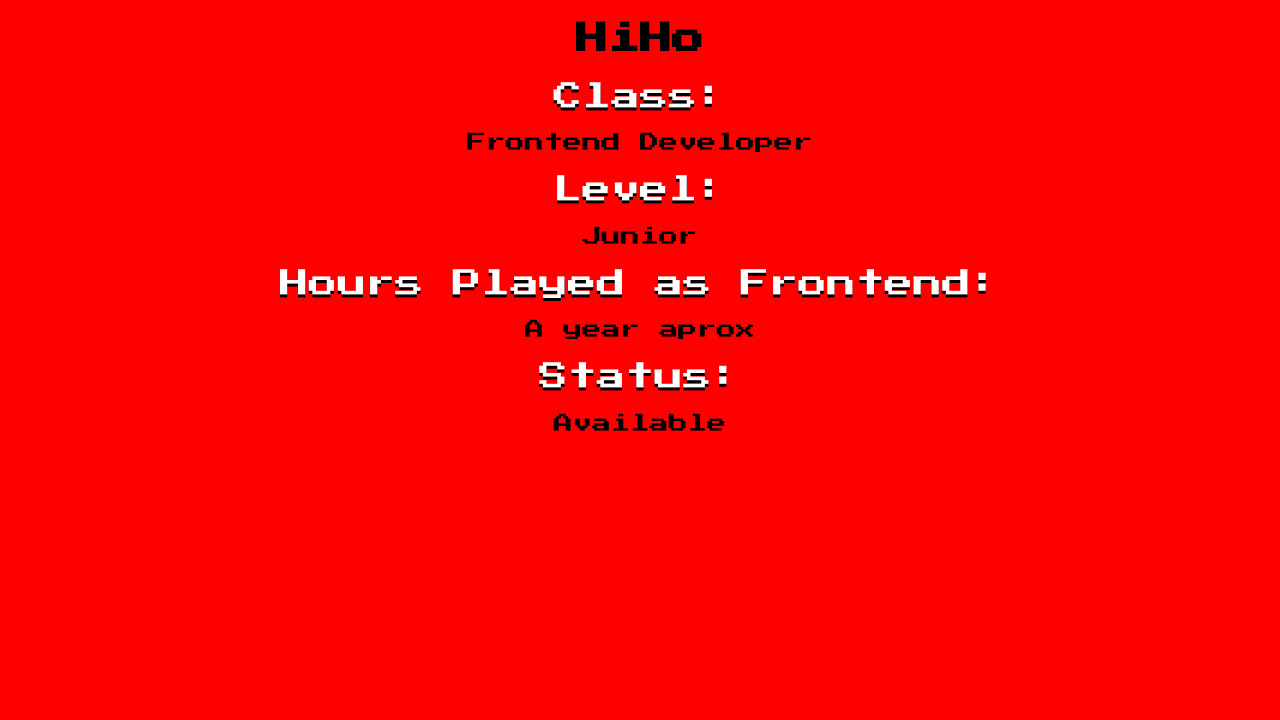
Repository: sernalab/soon
Page: index.html
The author's editor kept a copy of each file at every save. The page is drawn from the files as they stood at one save, then again after the next save.
The browser window is 1280 px wide. The pictures show the whole page.
Some web fonts or font styles are not loaded; a fallback is used.

Above is the page before, as saved 2018-12-24 01:53:39.

### index.html
<!DOCTYPE html>
<html lang="en">

<head>
    <meta charset="UTF-8">
    <meta name="viewport" content="width=device-width, initial-scale=1.0">
    <meta http-equiv="X-UA-Compatible" content="ie=edge">
    <title>Lulz</title>
    <link rel="stylesheet" href="css/styles.css">
    <link href="https://fonts.googleapis.com/css?family=Aldrich" rel="stylesheet">
    <link href="https://fonts.googleapis.com/css?family=Press+Start+2P" rel="stylesheet">

</head>

<body>
    <main>
        <h1>HiHo</h1>
        <span>Class:</span>
        <p> Frontend Developer</p>
        <span>Level:</span>
        <p>Junior</p>
        <span>Hours Played as Frontend:</span>
        <p>A year aprox</p>
        <span>Status:</span>
        <p>Available</p>
        <!-- 14151b 1d1e27-->
    </main>
</body>

<script>
    // google analitycs
</script>

</html>

### css/styles.css
/*! normalize.css v8.0.1 | MIT License | github.com/necolas/normalize.css */


/* Document
   ========================================================================== */


/**
 * 1. Correct the line height in all browsers.
 * 2. Prevent adjustments of font size after orientation changes in iOS.
 */

html {
    line-height: 1.15;
    /* 1 */
    -webkit-text-size-adjust: 100%;
    /* 2 */
}


/* Sections
   ========================================================================== */


/**
 * Remove the margin in all browsers.
 */

body {
    margin: 0;
}


/**
 * Render the `main` element consistently in IE.
 */

main {
    display: block;
}


/**
 * Correct the font size and margin on `h1` elements within `section` and
 * `article` contexts in Chrome, Firefox, and Safari.
 */

h1 {
    font-size: 2em;
    margin: 0.67em 0;
}


/* Grouping content
   ========================================================================== */


/**
 * 1. Add the correct box sizing in Firefox.
 * 2. Show the overflow in Edge and IE.
 */

hr {
    box-sizing: content-box;
    /* 1 */
    height: 0;
    /* 1 */
    overflow: visible;
    /* 2 */
}


/**
 * 1. Correct the inheritance and scaling of font size in all browsers.
 * 2. Correct the odd `em` font sizing in all browsers.
 */

pre {
    font-family: monospace, monospace;
    /* 1 */
    font-size: 1em;
    /* 2 */
}


/* Text-level semantics
   ========================================================================== */


/**
 * Remove the gray background on active links in IE 10.
 */

a {
    background-color: transparent;
}


/**
 * 1. Remove the bottom border in Chrome 57-
 * 2. Add the correct text decoration in Chrome, Edge, IE, Opera, and Safari.
 */

abbr[title] {
    border-bottom: none;
    /* 1 */
    text-decoration: underline;
    /* 2 */
    text-decoration: underline dotted;
    /* 2 */
}


/**
 * Add the correct font weight in Chrome, Edge, and Safari.
 */

b,
strong {
    font-weight: bolder;
}


/**
 * 1. Correct the inheritance and scaling of font size in all browsers.
 * 2. Correct the odd `em` font sizing in all browsers.
 */

code,
kbd,
samp {
    font-family: monospace, monospace;
    /* 1 */
    font-size: 1em;
    /* 2 */
}


/**
 * Add the correct font size in all browsers.
 */

small {
    font-size: 80%;
}


/**
 * Prevent `sub` and `sup` elements from affecting the line height in
 * all browsers.
 */

sub,
sup {
    font-size: 75%;
    line-height: 0;
    position: relative;
    vertical-align: baseline;
}

sub {
    bottom: -0.25em;
}

sup {
    top: -0.5em;
}


/* Embedded content
   ========================================================================== */


/**
 * Remove the border on images inside links in IE 10.
 */

img {
    border-style: none;
}


/* Forms
   ========================================================================== */


/**
 * 1. Change the font styles in all browsers.
 * 2. Remove the margin in Firefox and Safari.
 */

button,
input,
optgroup,
select,
textarea {
    font-family: inherit;
    /* 1 */
    font-size: 100%;
    /* 1 */
    line-height: 1.15;
    /* 1 */
    margin: 0;
    /* 2 */
}


/**
 * Show the overflow in IE.
 * 1. Show the overflow in Edge.
 */

button,
input {
    /* 1 */
    overflow: visible;
}


/**
 * Remove the inheritance of text transform in Edge, Firefox, and IE.
 * 1. Remove the inheritance of text transform in Firefox.
 */

button,
select {
    /* 1 */
    text-transform: none;
}


/**
 * Correct the inability to style clickable types in iOS and Safari.
 */

button,
[type="button"],
[type="reset"],
[type="submit"] {
    -webkit-appearance: button;
}


/**
 * Remove the inner border and padding in Firefox.
 */

button::-moz-focus-inner,
[type="button"]::-moz-focus-inner,
[type="reset"]::-moz-focus-inner,
[type="submit"]::-moz-focus-inner {
    border-style: none;
    padding: 0;
}


/**
 * Restore the focus styles unset by the previous rule.
 */

button:-moz-focusring,
[type="button"]:-moz-focusring,
[type="reset"]:-moz-focusring,
[type="submit"]:-moz-focusring {
    outline: 1px dotted ButtonText;
}


/**
 * Correct the padding in Firefox.
 */

fieldset {
    padding: 0.35em 0.75em 0.625em;
}


/**
 * 1. Correct the text wrapping in Edge and IE.
 * 2. Correct the color inheritance from `fieldset` elements in IE.
 * 3. Remove the padding so developers are not caught out when they zero out
 *    `fieldset` elements in all browsers.
 */

legend {
    box-sizing: border-box;
    /* 1 */
    color: inherit;
    /* 2 */
    display: table;
    /* 1 */
    max-width: 100%;
    /* 1 */
    padding: 0;
    /* 3 */
    white-space: normal;
    /* 1 */
}


/**
 * Add the correct vertical alignment in Chrome, Firefox, and Opera.
 */

progress {
    vertical-align: baseline;
}


/**
 * Remove the default vertical scrollbar in IE 10+.
 */

textarea {
    overflow: auto;
}


/**
 * 1. Add the correct box sizing in IE 10.
 * 2. Remove the padding in IE 10.
 */

[type="checkbox"],
[type="radio"] {
    box-sizing: border-box;
    /* 1 */
    padding: 0;
    /* 2 */
}


/**
 * Correct the cursor style of increment and decrement buttons in Chrome.
 */

[type="number"]::-webkit-inner-spin-button,
[type="number"]::-webkit-outer-spin-button {
    height: auto;
}


/**
 * 1. Correct the odd appearance in Chrome and Safari.
 * 2. Correct the outline style in Safari.
 */

[type="search"] {
    -webkit-appearance: textfield;
    /* 1 */
    outline-offset: -2px;
    /* 2 */
}


/**
 * Remove the inner padding in Chrome and Safari on macOS.
 */

[type="search"]::-webkit-search-decoration {
    -webkit-appearance: none;
}


/**
 * 1. Correct the inability to style clickable types in iOS and Safari.
 * 2. Change font properties to `inherit` in Safari.
 */

::-webkit-file-upload-button {
    -webkit-appearance: button;
    /* 1 */
    font: inherit;
    /* 2 */
}


/* Interactive
   ========================================================================== */


/*
 * Add the correct display in Edge, IE 10+, and Firefox.
 */

details {
    display: block;
}


/*
 * Add the correct display in all browsers.
 */

summary {
    display: list-item;
}


/* Misc
   ========================================================================== */


/**
 * Add the correct display in IE 10+.
 */

template {
    display: none;
}


/**
 * Add the correct display in IE 10.
 */

[hidden] {
    display: none;
}


/* custom css */

body {
    font-family: 'Press Start 2P';
    background: repeating-linear-gradient(red, red 10px, blue 10px, blue 10px);
}

main {
    display: flex;
    flex-direction: column;
    justify-content: baseline;
    align-items: center;
}

span {
    color: white;
    font-size: 1.8em;
    text-shadow: 0 .1em 0 #000;
}

p {
    font-size: 1.2em
}

After the next save:
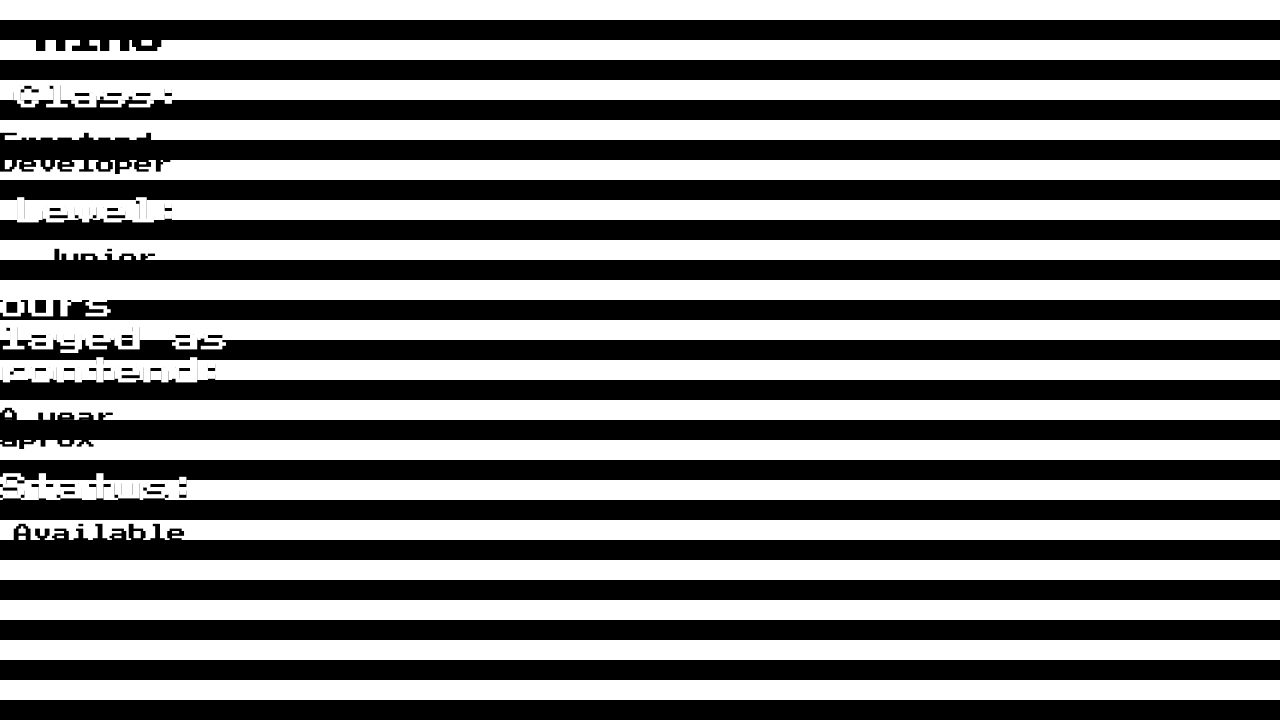
Saved 19 s later.
--- a/css/styles.css
+++ b/css/styles.css
@@ -423,7 +423,9 @@ template {
 
 body {
     font-family: 'Press Start 2P';
-    background: repeating-linear-gradient(red, red 10px, blue 10px, blue 10px);
+    background: repeating-linear-gradient( #fff, #fff 20px, #000 20px, #000 40px);
+    height: 200px;
+    width: 200px;
 }
 
 main {
